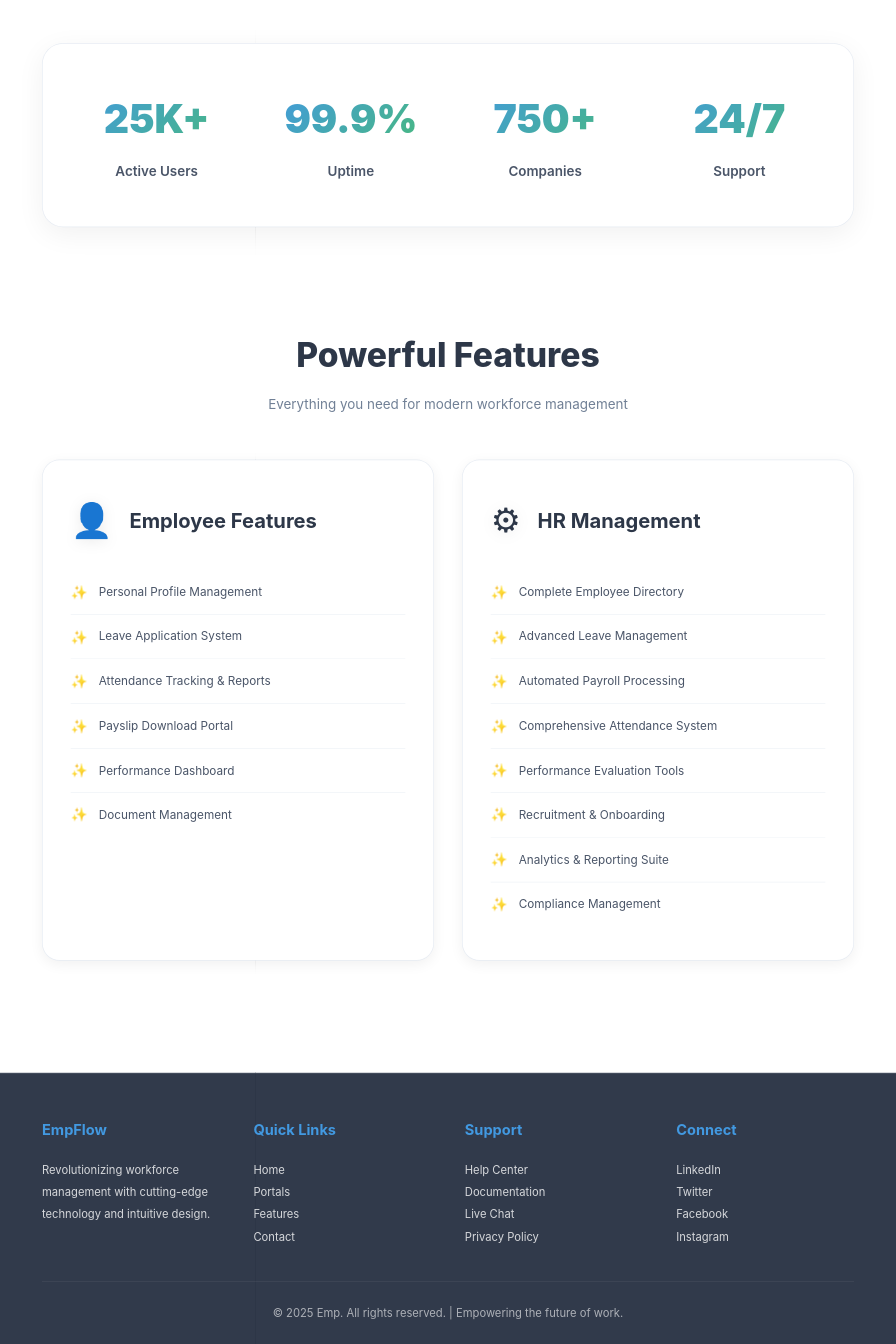
Repository: Shwetannarkhede/EmployeeHub
Page: EmployeeManagemntSystem/src/main/webapp/Home.html
An editor plug-in stored every save of this project. The page is shown before and after the next save, followed by the edit.
The browser window is 1280 px wide. The pictures show the part of the page from y = 1682 to 3602 px (the page is 3602 px tall before and 3539 px after), at 70% of full size.

Above is the page before, as saved 2025-09-22 17:49:48.

After the next save:
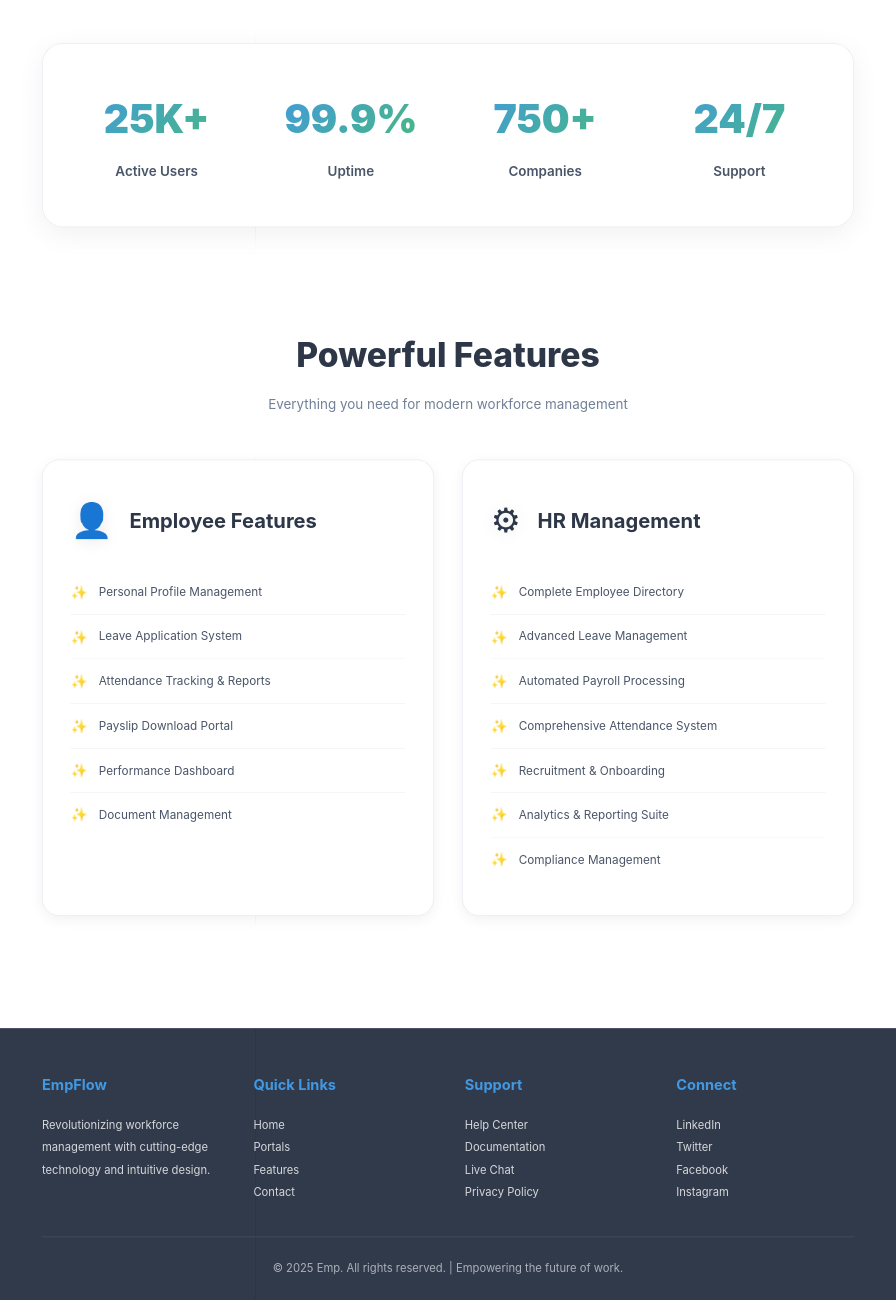
Saved 19 h 5 min later.
--- a/EmployeeManagemntSystem/src/main/webapp/Home.html
+++ b/EmployeeManagemntSystem/src/main/webapp/Home.html
@@ -109,7 +109,6 @@
                         <li>Advanced Leave Management</li>
                         <li>Automated Payroll Processing</li>
                         <li>Comprehensive Attendance System</li>
-                        <li>Performance Evaluation Tools</li>
                         <li>Recruitment & Onboarding</li>
                         <li>Analytics & Reporting Suite</li>
                         <li>Compliance Management</li>
